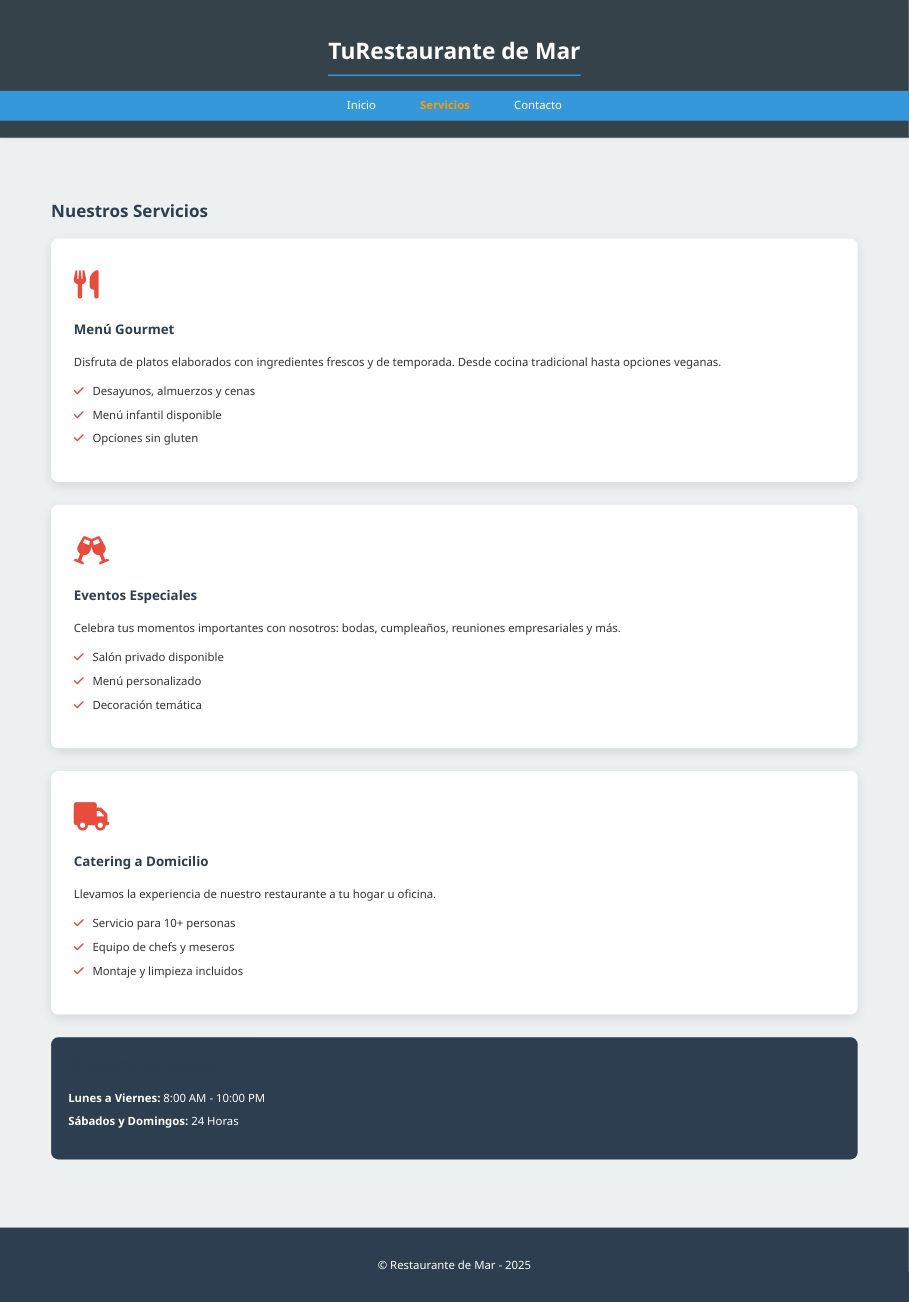
Repository: Sevanjo/Pagina_web
Page: HTML/servicios.html
The author's editor kept a copy of each file at every save. The page is drawn from the files as they stood at one save, then again after the next save.
The browser window is 1280 px wide. The pictures show the whole page, at 71% of full size.

Above is the page before, as saved 2025-05-04 19:28:40.
Console error: TypeError: Cannot read properties of null (reading 'addEventListener')

After the next save:
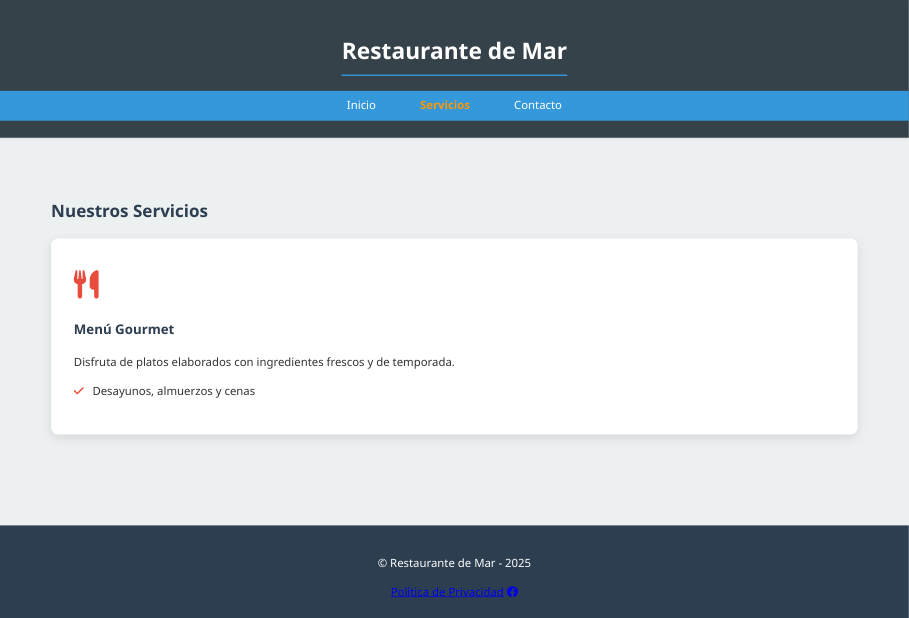
Saved 3 min 24 s later.
--- a/HTML/servicios.html
+++ b/HTML/servicios.html
@@ -3,84 +3,52 @@
 <head>
     <meta charset="UTF-8">
     <meta name="viewport" content="width=device-width, initial-scale=1.0">
-    <title>Servicios | Restaurante de Mar - Catering y eventos en [Colombia]</title>
+    <title>Servicios | Restaurante de Mar - Catering y eventos en Colombia</title>
     <meta name="description" content="Organizamos tus eventos con menús personalizados. Servicios de catering, banquetes y cenas privadas con ingredientes frescos.">
     <link rel="stylesheet" href="../CSS/styles.css">
     <link rel="stylesheet" href="https://cdnjs.cloudflare.com/ajax/libs/font-awesome/6.0.0/css/all.min.css">
 </head>
 <body>
     <header>
-        <h1>TuRestaurante de Mar</h1>
+        <h1>Restaurante de Mar</h1>
         <nav>
             <ul>
                 <li><a href="index.html">Inicio</a></li>
-                <li><a href="servicios.html">Servicios</a></li>
+                <li><a href="servicios.html" aria-current="page">Servicios</a></li>
                 <li><a href="contacto.html">Contacto</a></li>
             </ul>
         </nav>
     </header>
 
     <main>
-        <section class="services-section">
-            <h2>Nuestros Servicios</h2>
+        <section class="services-section" aria-labelledby="servicios-heading">
+            <h2 id="servicios-heading">Nuestros Servicios</h2>
 
-            <!-- Servicio 1: Comida -->
-            <div class="service-card">
+
+            <div class="service-card" itemscope itemtype="https://schema.org/Service">
                 <div class="service-icon">
-                    <i class="fas fa-utensils"></i>
+                    <i class="fas fa-utensils" aria-hidden="true"></i>
+                    <span class="sr-only">Menú Gourmet</span>
                 </div>
-                <h3>Menú Gourmet</h3>
-                <p>Disfruta de platos elaborados con ingredientes frescos y de temporada. Desde cocina tradicional hasta opciones veganas.</p>
+                <h3 itemprop="name">Menú Gourmet</h3>
+                <p itemprop="description">Disfruta de platos elaborados con ingredientes frescos y de temporada.</p>
                 <ul class="service-features">
-                    <li><i class="fas fa-check"></i> Desayunos, almuerzos y cenas</li>
-                    <li><i class="fas fa-check"></i> Menú infantil disponible</li>
-                    <li><i class="fas fa-check"></i> Opciones sin gluten</li>
-                </ul>
-            </div>
-
-            <!-- Servicio 2: Eventos -->
-            <div class="service-card">
-                <div class="service-icon">
-                    <i class="fas fa-glass-cheers"></i>
-                </div>
-                <h3>Eventos Especiales</h3>
-                <p>Celebra tus momentos importantes con nosotros: bodas, cumpleaños, reuniones empresariales y más.</p>
-                <ul class="service-features">
-                    <li><i class="fas fa-check"></i> Salón privado disponible</li>
-                    <li><i class="fas fa-check"></i> Menú personalizado</li>
-                    <li><i class="fas fa-check"></i> Decoración temática</li>
-                </ul>
-            </div>
-
-            <!-- Servicio 3: Catering -->
-            <div class="service-card">
-                <div class="service-icon">
-                    <i class="fas fa-truck"></i>
-                </div>
-                <h3>Catering a Domicilio</h3>
-                <p>Llevamos la experiencia de nuestro restaurante a tu hogar u oficina.</p>
-                <ul class="service-features">
-                    <li><i class="fas fa-check"></i> Servicio para 10+ personas</li>
-                    <li><i class="fas fa-check"></i> Equipo de chefs y meseros</li>
-                    <li><i class="fas fa-check"></i> Montaje y limpieza incluidos</li>
-                </ul>
-            </div>
-
-            <!-- Horario -->
-            <div class="schedule-card">
-                <h3><i class="far fa-clock"></i> Horario de Atención</h3>
-                <ul>
-                    <li><strong>Lunes a Viernes:</strong> 8:00 AM - 10:00 PM</li>
-                    <li><strong>Sábados y Domingos:</strong> 24 Horas</li>
+                    <li itemprop="offers" itemscope itemtype="https://schema.org/Offer">
+                        <i class="fas fa-check"></i> <span itemprop="name">Desayunos, almuerzos y cenas</span>
+                    </li>
                 </ul>
             </div>
         </section>
     </main>
 
     <footer>
-        <p>&copy;  Restaurante de Mar - 2025</p>
+        <p>&copy; Restaurante de Mar - 2025</p>
+        <div class="footer-links">
+            <a href="politica-privacidad.html">Política de Privacidad</a>
+            <a href="https://facebook.com/turestaurante" aria-label="Facebook"><i class="fab fa-facebook"></i></a>
+        </div>
     </footer>
 
-    <script src="../js/script.js"></script>
+    <script src="../js/script.js" defer></script>
 </body>
 </html>
